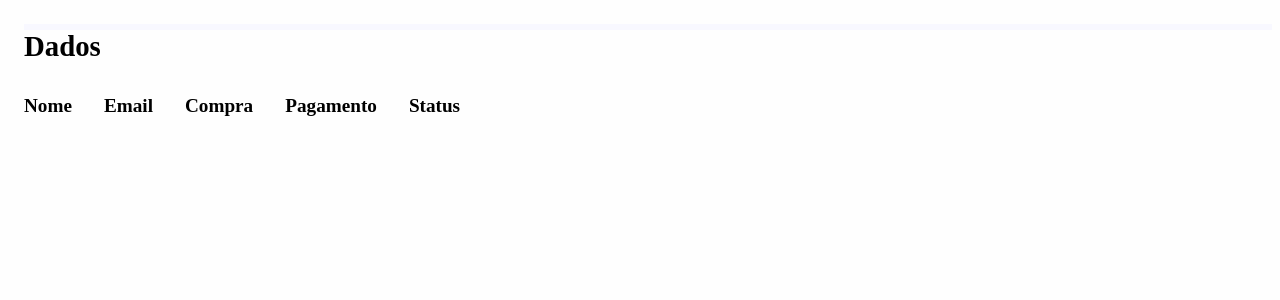
Repository: lucasleitedosreis/exercicios-praticando-typescript
Page: index.html
These files come from the project's save history. The page is drawn as it stood at one moment and after the next save; the edit follows.
The browser window is 1280 px wide. The pictures show the whole page.
The page's requests for data from a server got no answer.

Above is the page before, as saved 2023-04-15 15:06:05.

After the next save:
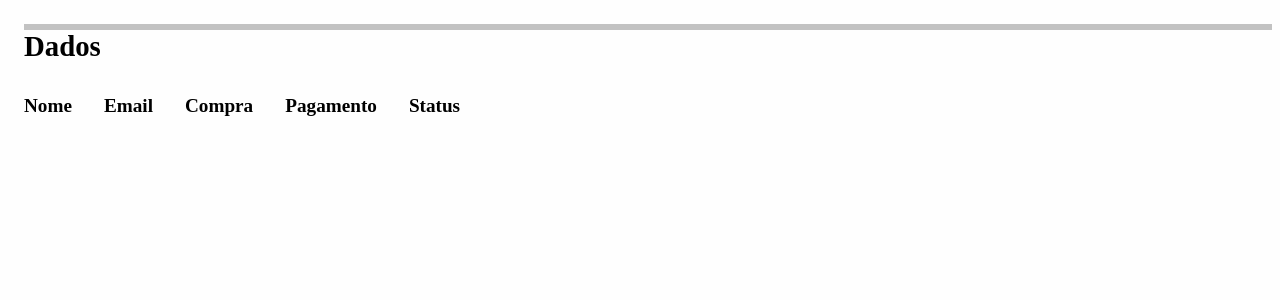
Saved 20 s later.
--- a/src/styles.css
+++ b/src/styles.css
@@ -8,7 +8,7 @@ p {
   margin-left: 1rem;
 }
 h2 {
-  border-top: 6px solid ghostwhite;
+  border-top: 6px solid rgb(194, 194, 194);
 }
 table {
   border-spacing: 0;
